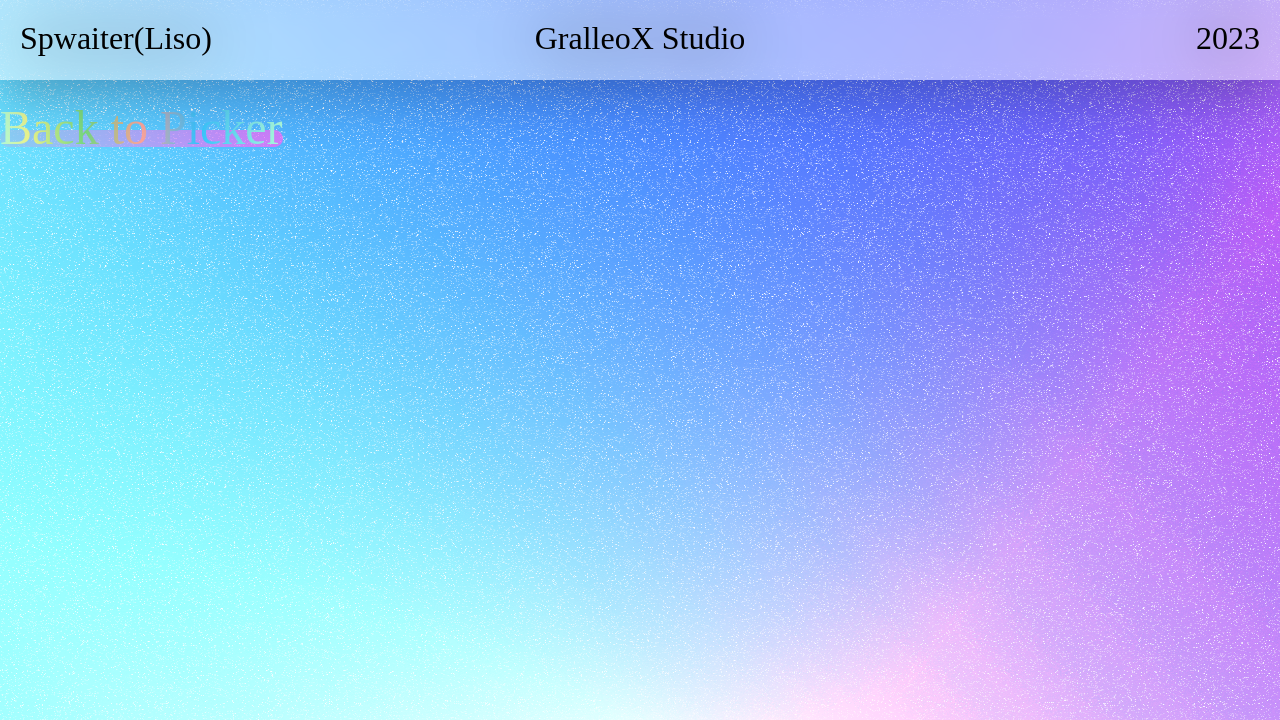
Repository: Lisu-Liso/page
Page: English/English04.html
The author's editor kept a copy of each file at every save. The page is drawn from the files as they stood at one save, then again after the next save.
The browser window is 1280 px wide. The pictures show the whole page.
The page's requests for data from a server got no answer.

Above is the page before, as saved 2024-03-23 18:29:23.

After the next save:
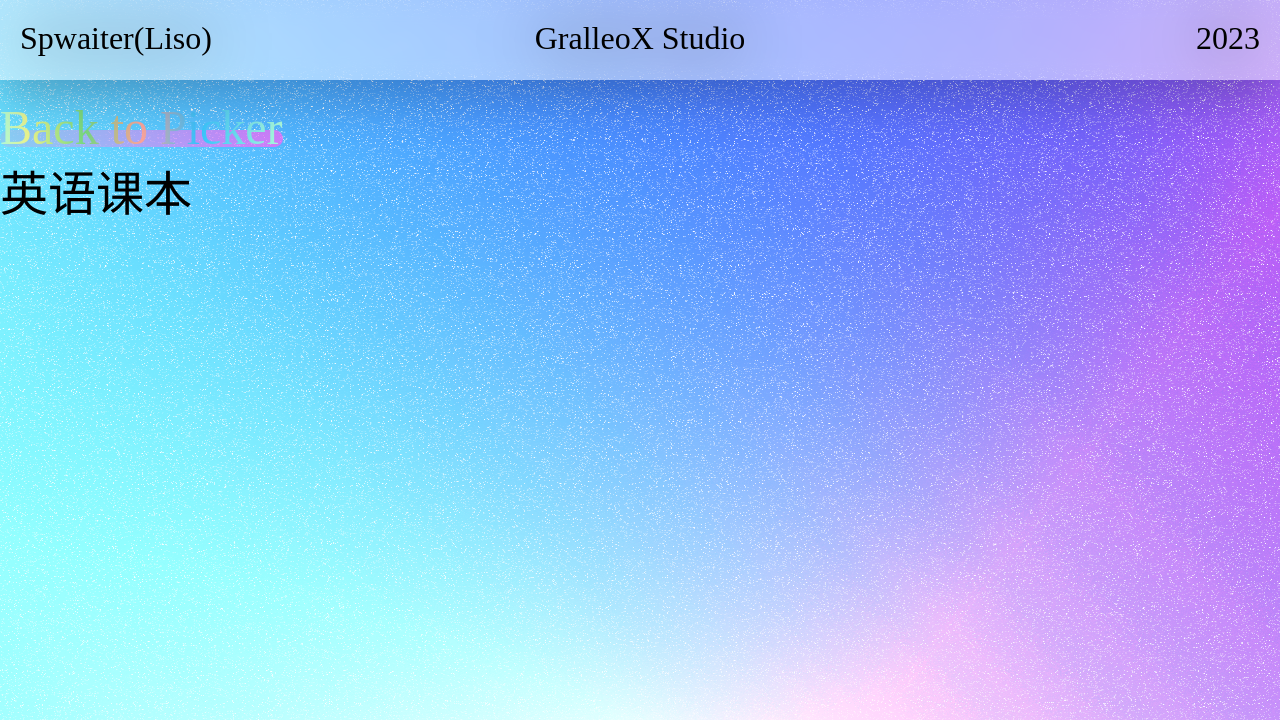
Saved 8 s later.
--- a/English/English04.html
+++ b/English/English04.html
@@ -180,7 +180,7 @@
     <a class="newbutton" onclick="backtopicker()"><font class="article-header--title" size="7">Back to Picker</font></a>
     <br>
     <div id="controller">
-        <font size="7" color="black"></font>
+        <font size="7" color="black">英语课本</font>
     </div>
     <div class="headerblock">
         <div class="centertext"><font size="6">GralleoX Studio</font></div>
